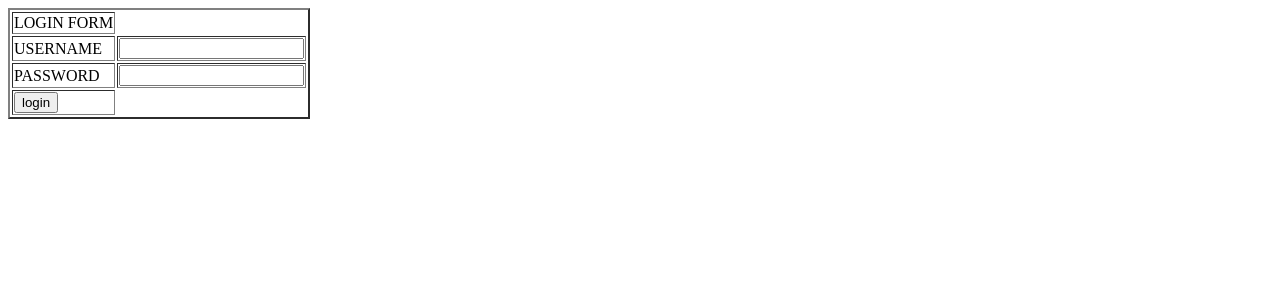
Repository: loky91/MYLABSONLY
Page: J2EE-SERVLET/Lab12_login_with_cookies/WebContent/index.html
An editor plug-in stored every save of this project. The page is shown before and after the next save, followed by the edit.
The browser window is 1280 px wide. The pictures show the whole page.

Above is the page before, as saved 2017-07-02 10:59:57.

After the next save:
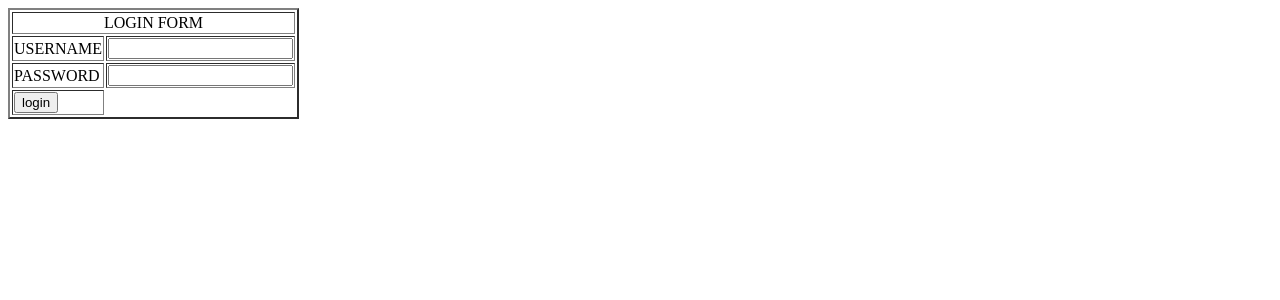
Saved 45 s later.
--- a/J2EE-SERVLET/Lab12_login_with_cookies/WebContent/index.html
+++ b/J2EE-SERVLET/Lab12_login_with_cookies/WebContent/index.html
@@ -10,7 +10,7 @@
 <table border="2">
 
 <tr>
-<td align="center">
+<td align="center" colspan="2">
 LOGIN FORM
 
 </td>
